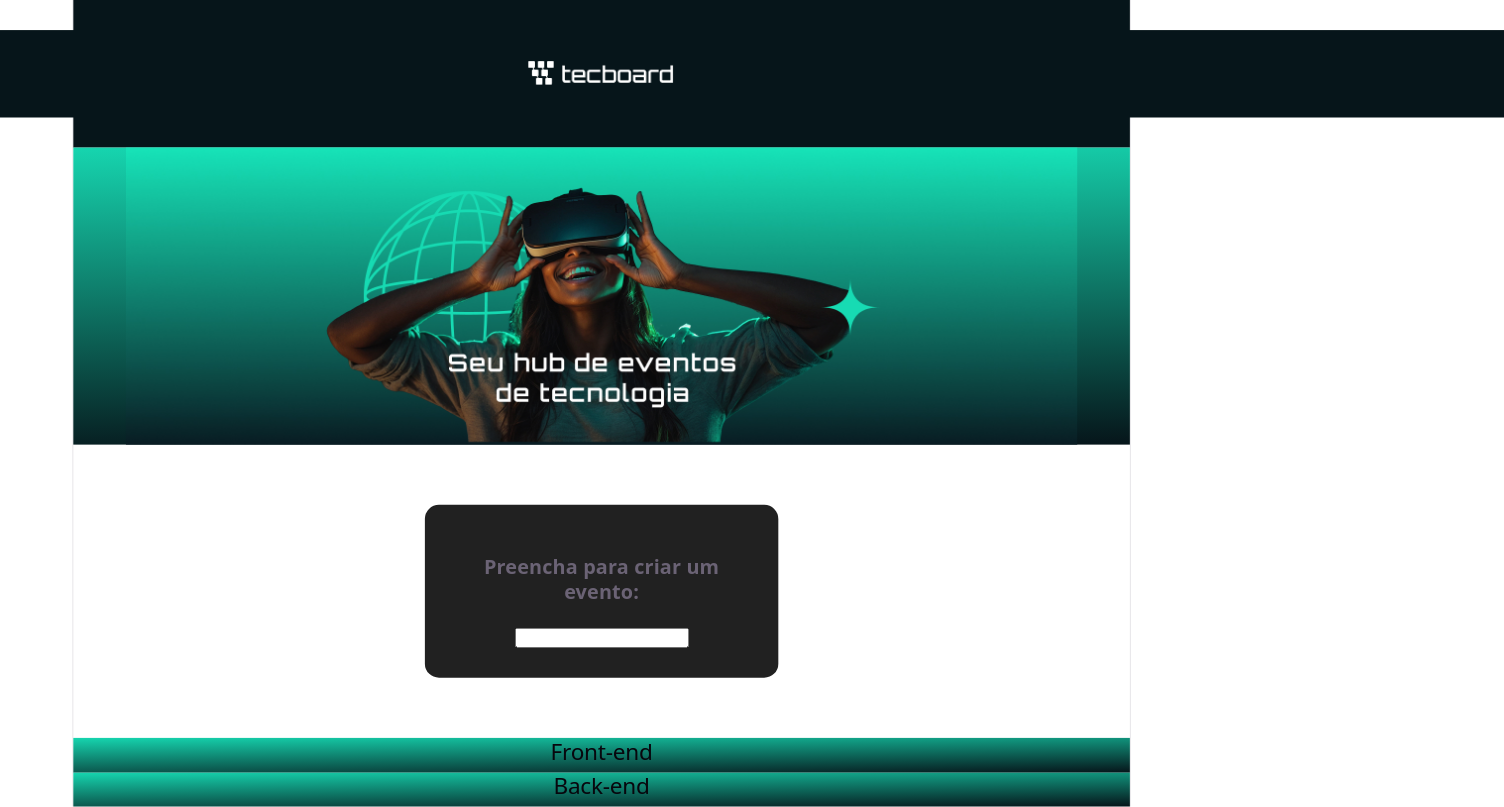
Repository: fernandadev12/techboard
Page: /
The author's editor kept a copy of each file at every save. The page is drawn from the files as they stood at one save, then again after the next save.
The browser window is 1280 px wide. The page is 1600 px wide, so the pictures cover 1600 px, including what lies to the right of the window. The pictures show the whole page, at 94% of full size.
The project was rebuilt for these pictures with package versions that can differ from the ones it lists, and the page was loaded fresh each time. Also part of the build but not shown: vite.config.js.

Above is the page before, as saved 2026-06-14 12:05:35.

### index.html
<!doctype html>
<html lang="en">
  <head>
    <meta charset="UTF-8" />
    <link rel="icon" type="image/svg+xml" href="/favicon.svg" />
    <meta name="viewport" content="width=device-width, initial-scale=1.0" />
    <link rel="preconnect" href="https://fonts.googleapis.com" />
    <link rel="preconnect" href="https://fonts.gstatic.com" crossorigin />
    <link
      href="https://fonts.googleapis.com/css2?family=Orbitron:wght@400..900&display=swap"
      rel="stylesheet"
    />
    <title>techboard</title>
  </head>
  <body>
    <div id="root"></div>
    <script type="module" src="/src/main.jsx"></script>
  </body>
</html>

### src/index.css
:root {
  --text: #6b6375;
  --text-h: #08060d;
  --bg: #fff;
  --border: #e5e4e7;
  --code-bg: #f4f3ec;
  --accent: #aa3bff;
  --accent-bg: rgba(170, 59, 255, 0.1);
  --accent-border: rgba(170, 59, 255, 0.5);
  --social-bg: rgba(244, 243, 236, 0.5);
  --shadow:
    rgba(0, 0, 0, 0.1) 0 10px 15px -3px, rgba(0, 0, 0, 0.05) 0 4px 6px -2px;

  --sans: system-ui, "Segoe UI", Roboto, sans-serif;
  --heading: system-ui, "Segoe UI", Roboto, sans-serif;
  --mono: ui-monospace, Consolas, monospace;

  font: 18px/145% var(--sans);
  letter-spacing: 0.18px;
  color-scheme: light dark;
  color: var(--text);
  background: var(--bg);
  font-synthesis: none;
  text-rendering: optimizeLegibility;
  -webkit-font-smoothing: antialiased;
  -moz-osx-font-smoothing: grayscale;

  @media (max-width: 1024px) {
    font-size: 16px;
  }
}

@media (prefers-color-scheme: dark) {
  :root {
    --text: #9ca3af;
    --text-h: #f3f4f6;
    --bg: #16171d;
    --border: #2e303a;
    --code-bg: #1f2028;
    --accent: #c084fc;
    --accent-bg: rgba(192, 132, 252, 0.15);
    --accent-border: rgba(192, 132, 252, 0.5);
    --social-bg: rgba(47, 48, 58, 0.5);
    --shadow:
      rgba(0, 0, 0, 0.4) 0 10px 15px -3px, rgba(0, 0, 0, 0.25) 0 4px 6px -2px;
  }

  #social .button-icon {
    filter: invert(1) brightness(2);
  }
}

body {
  margin: 0;
  background-color: "#06151A";
}

#root {
  width: 1126px;
  max-width: 100%;
  margin: 0 auto;
  text-align: center;
  border-inline: 1px solid var(--border);
  min-height: 100svh;
  display: flex;
  flex-direction: column;
  box-sizing: border-box;
}

h1,
h2 {
  font-family: var(--heading);
  font-weight: 500;
  color: var(--text-h);
}

h1 {
  font-size: 56px;
  letter-spacing: -1.68px;
  margin: 32px 0;
  @media (max-width: 1024px) {
    font-size: 36px;
    margin: 20px 0;
  }
}
h2 {
  font-size: 24px;
  line-height: 118%;
  letter-spacing: -0.24px;
  margin: 0 0 8px;
  @media (max-width: 1024px) {
    font-size: 20px;
  }
}
p {
  margin: 0;
}

code,
.counter {
  font-family: var(--mono);
  display: inline-flex;
  border-radius: 4px;
  color: var(--text-h);
}

code {
  font-size: 15px;
  line-height: 135%;
  padding: 4px 8px;
  background: var(--code-bg);
}

### src/App.jsx
// import { useState } from "react";
import { FormularioDeEvento } from "./componentes/FormularioDeEvento";
// import reactLogo from "./assets/react.svg";
// import viteLogo from "./assets/vite.svg";
// import heroImg from "./assets/hero.png";
import "./App.css";
import { Tema } from "./componentes/Tema";
import { Banner } from "./componentes/Banner";

// function TituloFormulario({ children }) {
//   return <h2>{children}</h2>;
// }
// function CampoFormulario({ children }) {
//   return <label>{children}</label>;
// }

function App() {
  const temas = [
    {
      id: 1,
      nome: "Front-end",
    },
    {
      id: 2,
      nome: "Back-end",
    },
    {
      id: 3,
      nome: "Mobile",
    },
    {
      id: 4,
      nome: "DevOps",
    },
    {
      id: 5,
      nome: "Inteligência Artificial",
    },
    {
      id: 6,
      nome: "Cloud",
    },
  ];

  return (
    <main>
      <header>
        <img src="/Header.png"></img>
      </header>
      <Banner />
      <FormularioDeEvento />
      <section>
        <Tema tema={temas[0]} />
      </section>
      <section>
        <Tema tema={temas[1]} />
      </section>
    </main>
  );
}

export default App;

### src/componentes/FormularioDeEvento/index.jsx
import { TituloFormulario } from "../TituloFormulario";
import { CampoFormulario } from "../CampoDeFormulario";

export function FormularioDeEvento() {
  return (
    <form className="form-evento">
      <TituloFormulario />
      <CampoFormulario />
      <input type="text" id="nome" />
    </form>
  );
}

### src/App.css
header {
  background-color: #06151a;
  padding: 32px;
  display: flex;
  justify-content: center;
}
section {
  background: linear-gradient(179deg, #16d5af 0%, #06151a);
  display: flex;
  justify-content: center;
}
section img {
  max-width: 90%;
}

.form-evento {
  background-color: #212121;
  padding: 32px 28px;
  border-radius: 15px;
  width: 394px;
  margin: 64px auto;
  max-width: 320px;
}
.hero {
  position: relative;

  .base,
  .framework,
  .vite {
    inset-inline: 0;
    margin: 0 auto;
  }

  .base {
    width: 170px;
    position: relative;
    z-index: 0;
  }

  .framework,
  .vite {
    position: absolute;
  }

  .framework {
    z-index: 1;
    top: 34px;
    height: 28px;
    transform: perspective(2000px) rotateZ(300deg) rotateX(44deg) rotateY(39deg)
      scale(1.4);
  }

  .vite {
    z-index: 0;
    top: 107px;
    height: 26px;
    width: auto;
    transform: perspective(2000px) rotateZ(300deg) rotateX(40deg) rotateY(39deg)
      scale(0.8);
  }
}

#center {
  display: flex;
  flex-direction: column;
  gap: 25px;
  place-content: center;
  place-items: center;
  flex-grow: 1;

  @media (max-width: 1024px) {
    padding: 32px 20px 24px;
    gap: 18px;
  }
}

#next-steps {
  display: flex;
  border-top: 1px solid var(--border);
  text-align: left;

  & > div {
    flex: 1 1 0;
    padding: 32px;
    @media (max-width: 1024px) {
      padding: 24px 20px;
    }
  }

  .icon {
    margin-bottom: 16px;
    width: 22px;
    height: 22px;
  }

  @media (max-width: 1024px) {
    flex-direction: column;
    text-align: center;
  }
}

#docs {
  border-right: 1px solid var(--border);

  @media (max-width: 1024px) {
    border-right: none;
    border-bottom: 1px solid var(--border);
  }
}

#next-steps ul {
  list-style: none;
  padding: 0;
  display: flex;
  gap: 8px;
  margin: 32px 0 0;

  .logo {
    height: 18px;
  }

  a {
    color: var(--text-h);
    font-size: 16px;
    border-radius: 6px;
    background: var(--social-bg);
    display: flex;
    padding: 6px 12px;
    align-items: center;
    gap: 8px;
    text-decoration: none;
    transition: box-shadow 0.3s;

    &:hover {
      box-shadow: var(--shadow);
    }
    .button-icon {
      height: 18px;
      width: 18px;
    }
  }

  @media (max-width: 1024px) {
    margin-top: 20px;
    flex-wrap: wrap;
    justify-content: center;

    li {
      flex: 1 1 calc(50% - 8px);
    }

    a {
      width: 100%;
      justify-content: center;
      box-sizing: border-box;
    }
  }
}

#spacer {
  height: 88px;
  border-top: 1px solid var(--border);
  @media (max-width: 1024px) {
    height: 48px;
  }
}

.ticks {
  position: relative;
  width: 100%;

  &::before,
  &::after {
    content: "";
    position: absolute;
    top: -4.5px;
    border: 5px solid transparent;
  }

  &::before {
    left: 0;
    border-left-color: var(--border);
  }
  &::after {
    right: 0;
    border-right-color: var(--border);
  }
}

### src/componentes/Tema/index.jsx
export function Tema({ tema }) {
  return <h2>{tema.nome}</h2>;
}

### src/componentes/Banner/index.jsx
import "./bannerstyles.css";

export function Banner() {
  return (
    <section className="banner">
      <img src="/Banner.jpg"></img>
    </section>
  );
}

### src/componentes/TituloFormulario/index.jsx
export function TituloFormulario() {
  return <h3>Preencha para criar um evento:</h3>;
}
// export function TituloFormulario({ children }) {
//   return <h2>{children}</h2>;
// }

### src/componentes/CampoDeFormulario/index.jsx
export function CampoFormulario({ children }) {
  return <label>{children}</label>;
}

### src/componentes/Banner/bannerstyles.css
.banner {
  background: linear-gradient(179deg, #16d5af 0%, #06151a);
  display: flex;
  justify-content: center;
}

.banner img {
  max-width: 90%;
}

Loaded but not shown: src/main.jsx (common file)

After the next save:
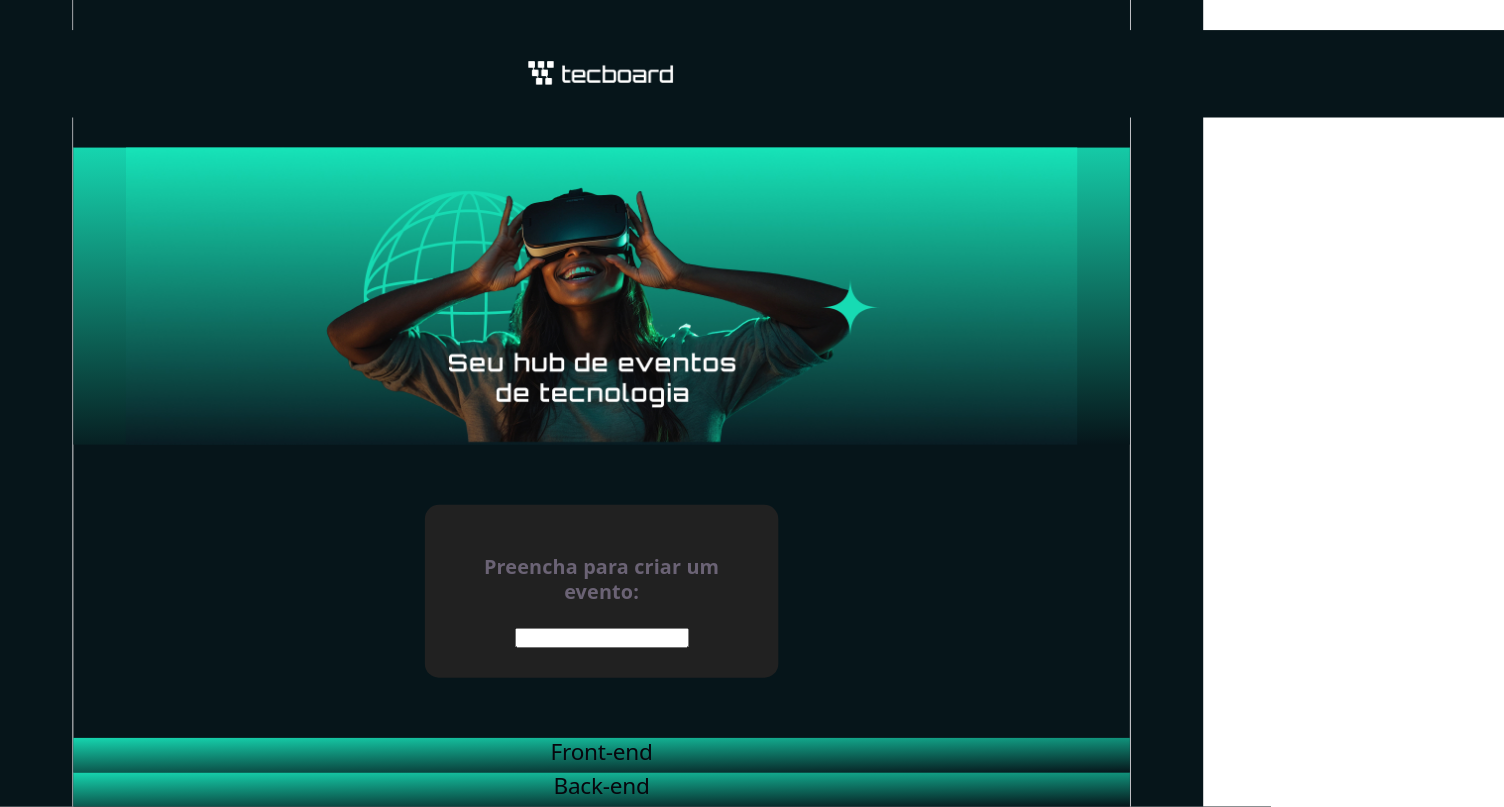
Saved 21 s later.
--- a/src/index.css
+++ b/src/index.css
@@ -52,7 +52,7 @@
 
 body {
   margin: 0;
-  background-color: "#06151A";
+  background-color: #06151a;
 }
 
 #root {
